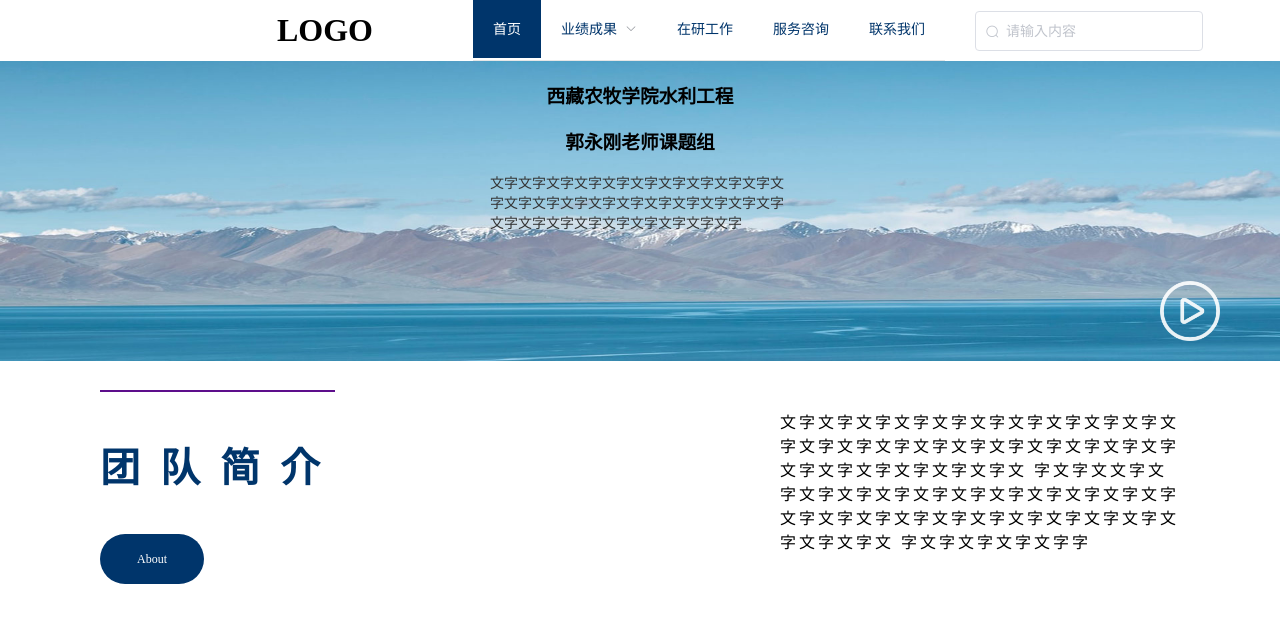
Repository: BLSY/xzust
Page: /
An editor plug-in stored every save of this project. The page is shown before and after the next save, followed by the edit.
The browser window is 1280 px wide. The pictures show the whole page.
The project was rebuilt for these pictures with package versions that can differ from the ones it lists, and the page was loaded fresh each time.

Above is the page before, as saved 2022-11-27 08:44:41.

### index.html
<!DOCTYPE html>
<html>
  <head>
    <meta charset="utf-8">
    <meta name="viewport" content="width=device-width,initial-scale=1.0">
    <title>student</title>
  </head>
  <body style="margin:0;">
    <div id="app"></div>
    <!-- built files will be auto injected -->
  </body>
</html>

### src/main.js
// The Vue build version to load with the `import` command
// (runtime-only or standalone) has been set in webpack.base.conf with an alias.
import Vue from 'vue'
import App from './App'
import ElementUI from 'element-ui';
import 'element-ui/lib/theme-chalk/index.css';
import router from './router'

Vue.use(ElementUI);
Vue.config.productionTip = false

/* eslint-disable no-new */
new Vue({
  el: '#app',
  router,
  components: { App },
  template: '<App/>'
})

### src/App.vue
<template>
  <div id="app">
    <router-view/>
  </div>
</template>

<script>
export default {
  name: 'App'
}
</script>

<style>
#app {

}
</style>

### src/components/HelloWorld.vue
<template>
  <div class="indexBox">
    <div class="nav">
      <div class="login">LOGO</div>
      <div class="navList">
        <el-menu
          :default-active="activeIndex2"
          class="el-menu-demo"
          mode="horizontal"
          @select="handleSelect"
          background-color="#fff"
          text-color="#00356B"
          active-text-color="#fff"
        >
          <el-menu-item index="1">首页</el-menu-item>
          <el-submenu index="2">
            <template slot="title">业绩成果</template>
            <el-menu-item index="2-1">选项1</el-menu-item>
            <el-menu-item index="2-2">选项2</el-menu-item>
            <el-menu-item index="2-3">选项3</el-menu-item>
          </el-submenu>
          <el-menu-item index="3">在研工作</el-menu-item>
          <el-menu-item index="4">服务咨询</el-menu-item>
          <el-menu-item index="5">联系我们</el-menu-item>
        </el-menu>
      </div>
      <div class="serch">
        <el-input
          placeholder="请输入内容"
          prefix-icon="el-icon-search"
          v-model="input2"
        >
        </el-input>
      </div>
    </div>
    <div class="top">
      <div class="toptext">
        <h3 class="h-text">西藏农牧学院水利工程</h3>
        <h3 class="h-text" >郭永刚老师课题组</h3>
        <div class="detil">
          文字文字文字文字文字文字文字文字文字文字文字文字文字文字文字文字文字文字文字文字文字文字文字文字文字文字文字文字文字文字
        </div>

      </div>
      <div class="starvidio">
        </div>
    </div>
    <div class="team">
      <div class="team-left">
        <div class="line"></div>
        <h3 class="team-title">团队简介</h3>
        <div class="team-icon">About</div>
      </div>
      <div class="team-right">
        <div class="right-text">
          文字文字文字文字文字文字文字文字文字文字文字文字文字文字文字文字文字文字文字文字文字文字文字文字文字文字文字文
          字文字文文字文字文字文字文字文字文字文字文字文字文字文字文字文字文字文字文字文字文字文字文字文字文字文字文字文
          字文字文字文字文字字
        </div>

      </div>
    </div>
  </div>
</template>

<script>
export default {
  name: "HelloWorld",
  data() {
    return {
      activeIndex2: "1",
      input2: "",
    };
  },
  props: {
    msg: String,
  },
  methods: {
    handleSelect(key, keyPath) {
      console.log(key, keyPath);
    },
  },
};
</script>

<!-- Add "scoped" attribute to limit CSS to this component only -->
<style scoped >
*{
  list-style: none;
}
.indexBox {

  width: 100%;
  height: 100%;
  position: relative;
  overflow: auto;
}
.nav {
  width: 100%;
  display: flex;
  align-items: center;
  justify-content: center;
}
.login {
  display: inline-block;
  font-size: 32px;
  font-weight: bold;
  font-family: MicrosoftYaHei;
  margin-left: 200px;
  margin-right: 100px;
}
.navList{
  display: inline-block;
}
.serch{
  display: inline-block;
  margin-left:30px ;
}
.el-menu-item.is-active{
  background: #00356B !important;
}
.top{
  box-sizing: border-box;
  background: url(../assets/topbackg.jpg) no-repeat ;
  background-size:100% 100% ;
  position: relative;
  width: 100%;
  height: 300px;
  overflow: hidden;
}
  .toptext{
    margin-top: 20px;
    width: 100%;
    text-align: center;
  }
  .detil{
    display: inline-block;
    width:300px;
    font-size: 14px;
    text-align: left;
    color:#333;
  }
  .starvidio{
    background: url(../assets/bapfang.png) no-repeat;
    background-size:100% 100% ;
    position: absolute;
    bottom: 20px;
    right: 60px;
    height: 60px;
    width: 60px;
  }
  .team{
    height: 240px;
    width:100%;
    display: flex;
    flex-direction: row;
    align-items: center;
    justify-content: space-between;
    padding: 0 100px;
  }
  .team-left{
    width: 500px;
    text-align: cente;
  }
  .team-right{
    width: 600px;
  }
  .right-text{
    width: 400px;
    text-align: left;
   letter-spacing:3px;
  }
  .team-title{
    color: #00356B;
    font-size: 40px;
    letter-spacing:20px;
  }
  .line{
    display: inline-block;
    margin: auto;
    width: 233px;
    border: 1px solid #5D0E8B;
  }
  .team-icon{
    text-align: center;
    width: 104px;
    height: 50px;
    line-height: 50px;
    color: #fff;
    font-size: 12px;
    background: #00356B;
    border-radius: 25px;
  }
</style>

Loaded but not shown: src/router/index.js (common file)

After the next save:
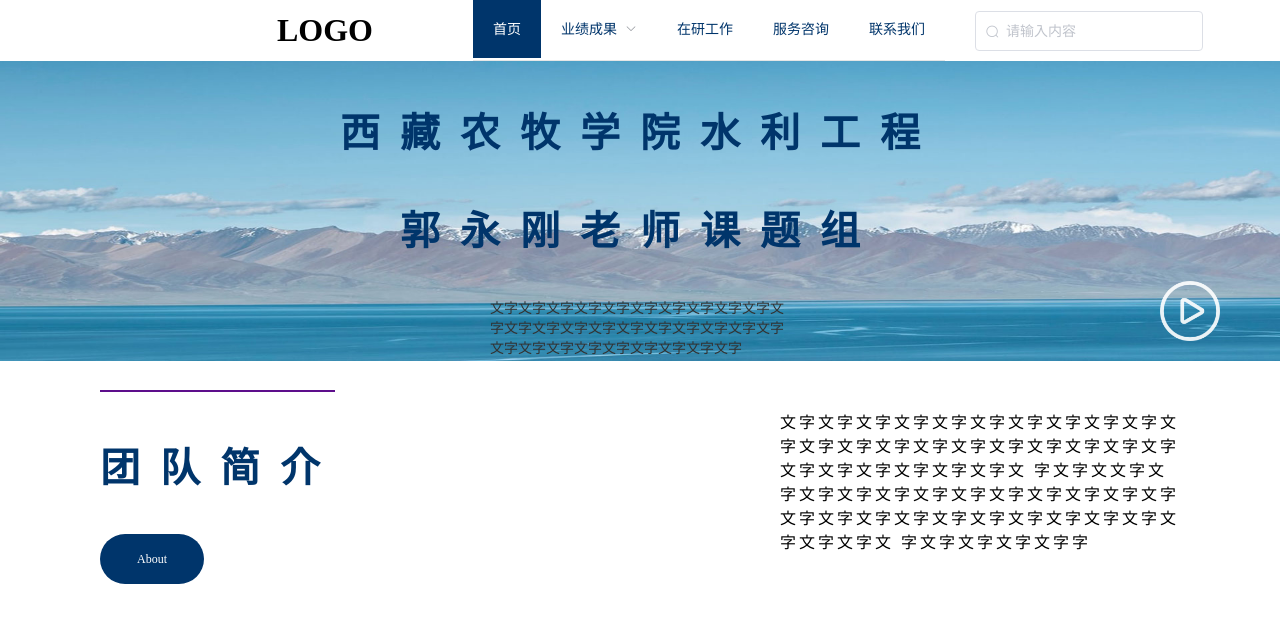
Saved 63 s later.
--- a/src/components/HelloWorld.vue
+++ b/src/components/HelloWorld.vue
@@ -133,6 +133,11 @@ export default {
     width: 100%;
     text-align: center;
   }
+  .h-text{
+    color: #00356B;
+    font-size: 40px;
+    letter-spacing:20px;
+  }
   .detil{
     display: inline-block;
     width:300px;
